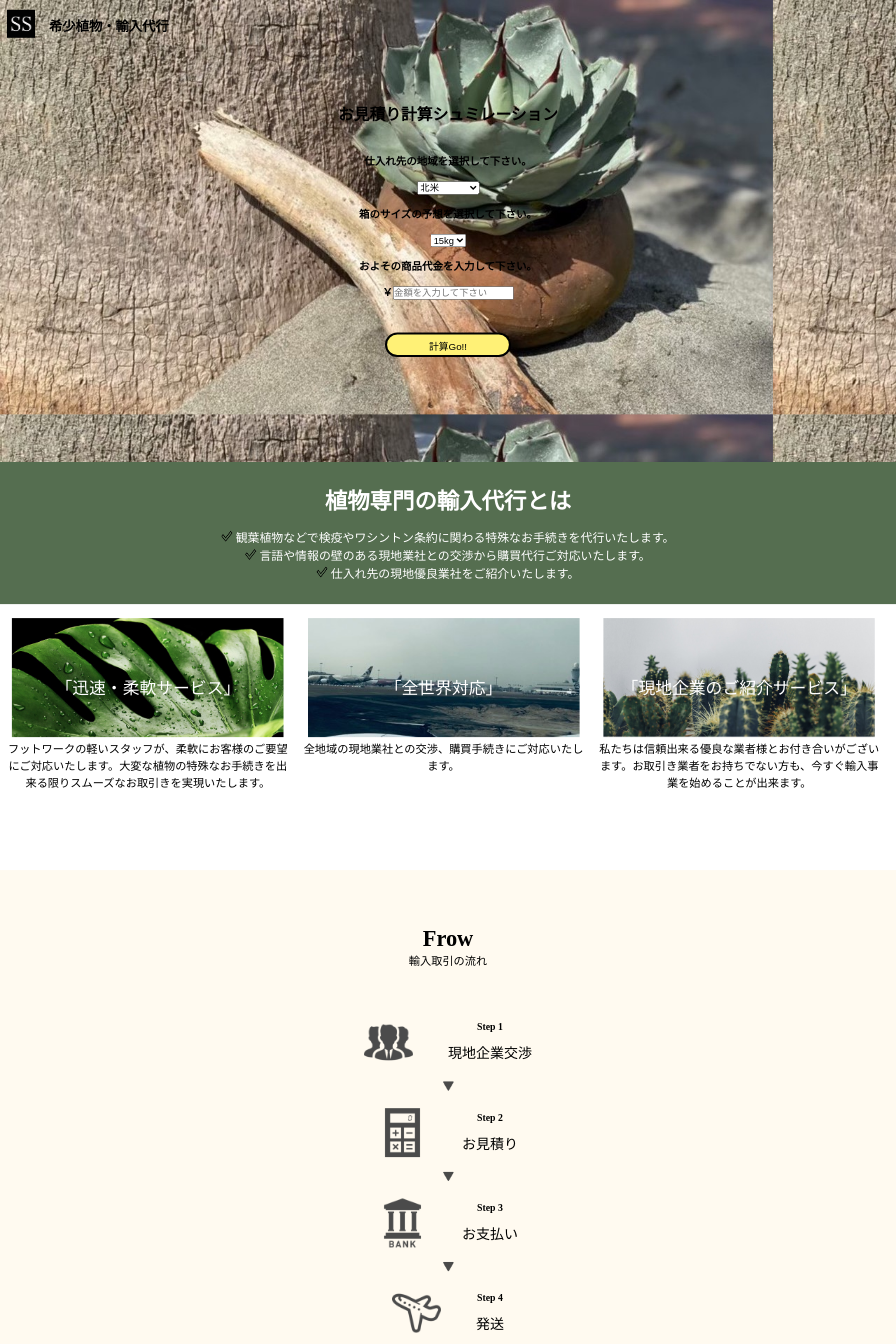
Repository: Seiya00002/seeds-surf-lp
Page: index.html
These files come from the project's save history. The page is drawn as it stood at one moment and after the next save; the edit follows.
The browser window is 1280 px wide. The pictures show the part of the page from y = 0 to 1920 px (the page is 4263 px tall), at 70% of full size.

Above is the page before, as saved 2023-07-19 08:21:43.

After the next save:
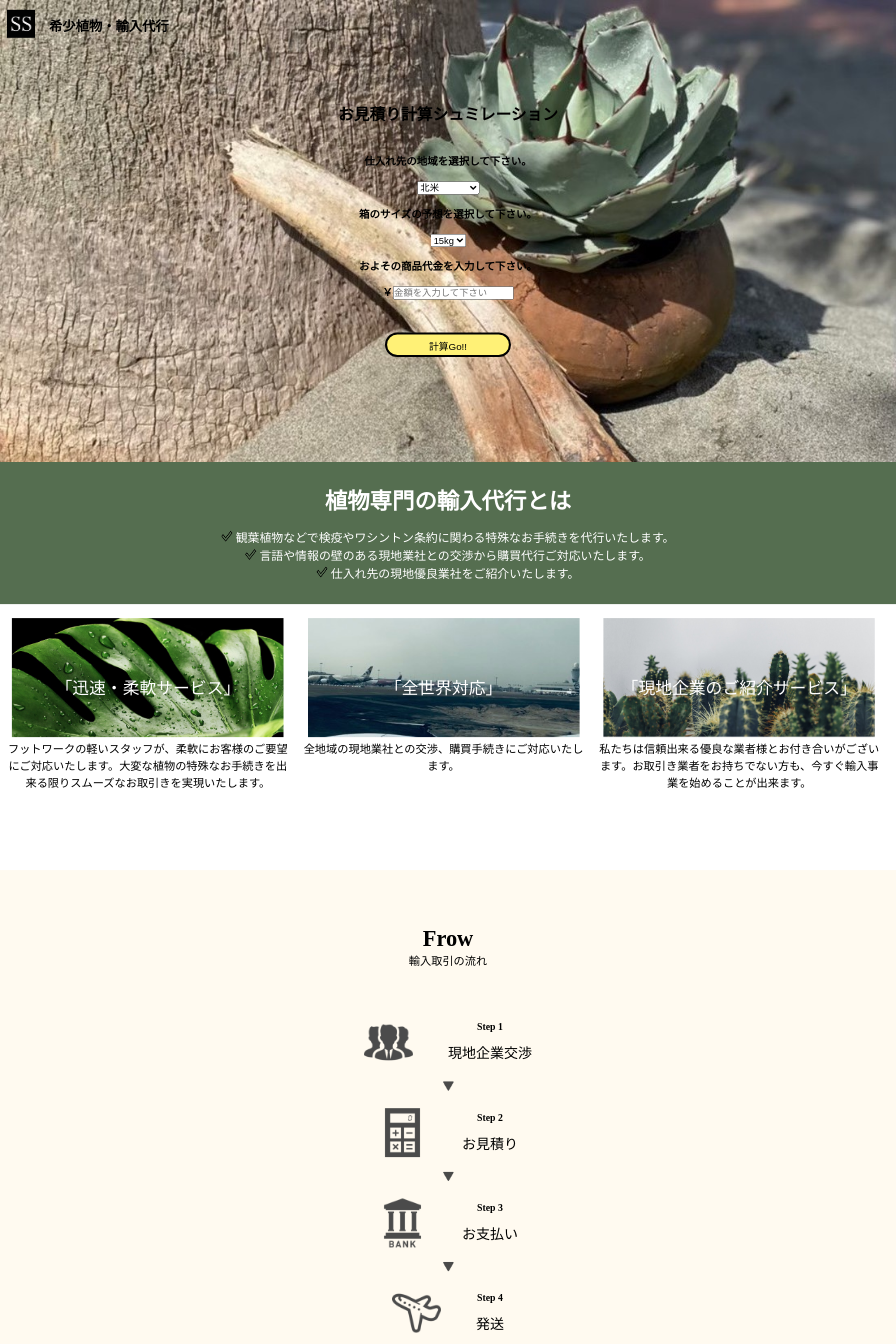
Saved 40 s later.
--- a/css/style.css
+++ b/css/style.css
@@ -63,13 +63,13 @@ header p {
 /* top */
 .top_wrapper {
     color: white;
-    background-size: cover;
     width: 100%;
     height: auto;
 }
 
 .hero_message {
     background-image: url(../img/cream-spike.jpg);
+    background-size: cover;
 
     font-size: 15px;
     color: black;
